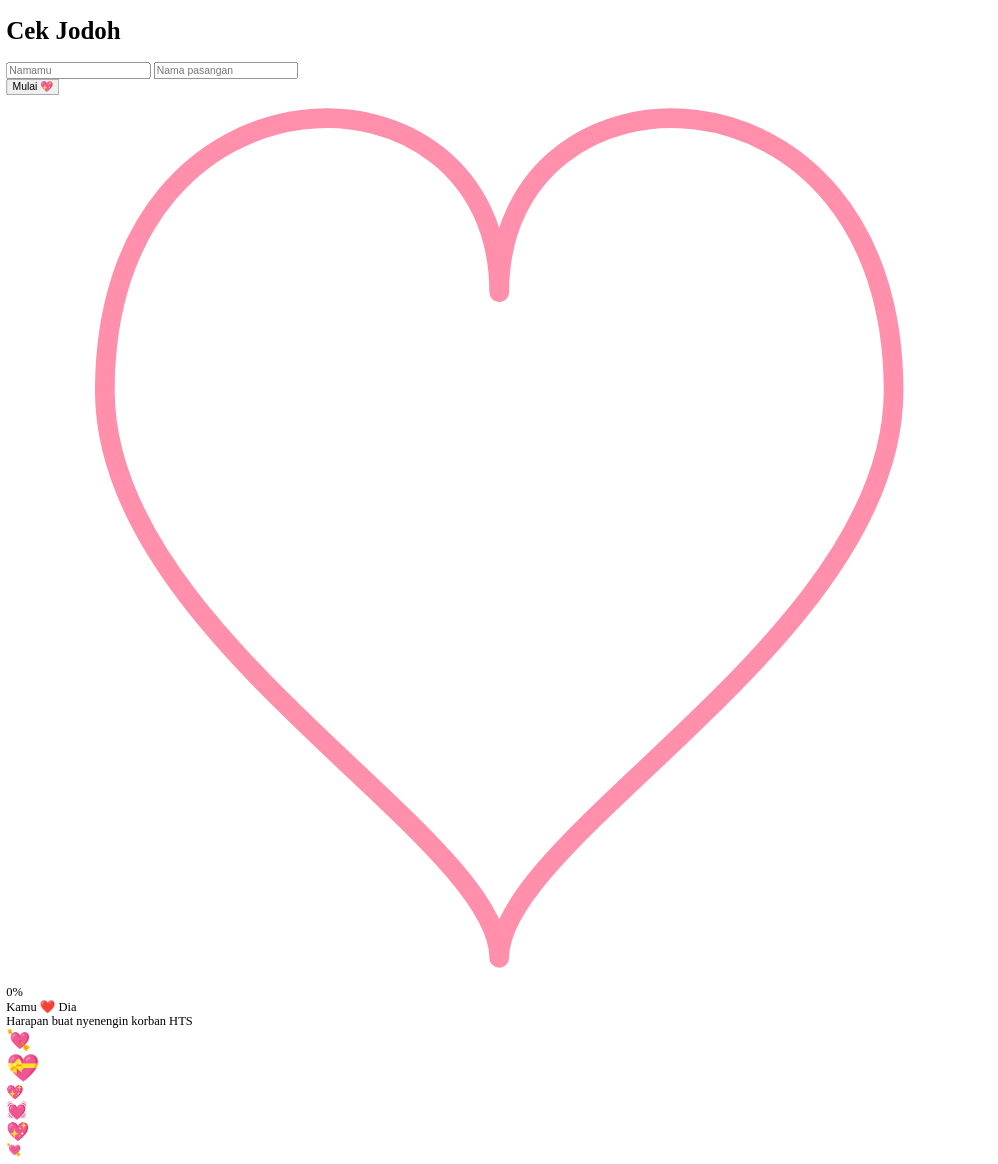
Repository: zhr-nabila/cek-jodoh
Page: cek.html
An editor plug-in stored every save of this project. The page is shown before and after a run of saves, followed by the edit.
The browser window is 1280 px wide. The pictures show the whole page, at 78% of full size.

Above is the page before, as saved 2025-06-10 01:07:39.

### cek.html
<!DOCTYPE html>
<html lang="id">
  <head>
    <meta charset="UTF-8" />
    <meta name="viewport" content="width=device-width, initial-scale=1.0" />
    <title>Cek Kecocokan Pasangan</title>
    <link
      rel="stylesheet"
      href="https://cdnjs.cloudflare.com/ajax/libs/animate.css/4.1.1/animate.min.css"
      c
    />

  </head>
  <body>
    <div class="container">
      <h1 class="animate__animated animate__fadeInDown">Cek Jodoh</h1>

      <div class="input-group">
        <input
          type="text"
          id="name1"
          placeholder="Namamu"
          class="animate__animated animate__fadeIn"
        />
        <input
          type="text"
          id="name2"
          placeholder="Nama pasangan"
          class="animate__animated animate__fadeIn"
        />
      </div>

      <button onclick="hitung()" class="animate__animated animate__fadeIn">
        Mulai 💖
      </button>

      <div class="love-meter-container">
        <div class="love-meter">
          <svg viewBox="0 0 200 180" class="heart-svg">
            <defs>
              <clipPath id="heartClip">
                <path
                  d="M100 40
                   C100 -10, 180 -10, 180 60
                   C180 110, 100 150, 100 175
                   C100 150, 20 110, 20 60
                   C20 -10, 100 -10, 100 40Z"
                />
              </clipPath>
              <linearGradient id="gradientFill" x1="0" y1="1" x2="0" y2="0">
                <stop offset="0%" stop-color="#e75480" />
                <stop offset="50%" stop-color="#ff6b9d" />
                <stop offset="100%" stop-color="#ff8fab" />
              </linearGradient>
            </defs>
            <rect
              class="love-fill"
              x="0"
              y="180"
              width="200"
              height="0"
              clip-path="url(#heartClip)"
            />
            <path
              d="M100 40
               C100 -10, 180 -10, 180 60
               C180 110, 100 150, 100 175
               C100 150, 20 110, 20 60
               C20 -10, 100 -10, 100 40Z"
              fill="none"
              stroke="#ff8fab"
              stroke-width="4"
              stroke-linejoin="round"
            />
          </svg>
          <div class="percentage">0%</div>
        </div>
      </div>

      <div class="couple-names" id="couple-names">
        <span id="name1-output">Kamu</span>
        <span class="heart-icon">❤️</span>
        <span id="name2-output">Dia</span>
      </div>

      <div class="message" id="message"></div>

      <div class="footer-note">
        Harapan buat nyenengin korban HTS
      </div>
    </div>

    <div class="floating-hearts" id="floating-hearts"></div>

    <script>
      function hitungKecocokan(nama1, nama2) {
        let skor = 0;
        const gabungan = (nama1 + nama2).toLowerCase();

        // Hitung berdasarkan huruf
        for (let char of gabungan) {
          skor += char.charCodeAt(0);
        }

        // Tambah random biar seru
        const random = Math.floor(Math.random() * 11); // 0-10

        // Skor dasar antara 40-100 ditambah random
        return Math.min(40 + (skor % 61) + random, 100);
      }

      function dapatkanPesan(skor) {
        if (skor >= 95)
          return "Nikah gih, ini mah cocok banget 💍🔥";
        if (skor >= 90) return "Kalian tuh kayak teh manis anget pas hujan. Pas banget, susah dicari duanya 🍵";
        if (skor >= 80) return "Serasi sih… tapi jangan sampe cuma jadi pajangan story doang ya 😏";
        if (skor >= 70) return "Udah cocok, tapi jangan mentang-mentang cocok terus males usaha!";
        if (skor >= 60) return "Masih bisa lah, asal dia gak balik lagi ke mantannya 🤡";
        if (skor >= 50) return "Ya cocok-cocokan. Tapi takutnya cocok doang, ga jadian. Capek gak sih? 😭";
        if (skor >= 40) return "Santai dulu bro, ini mah kayak wifi tetangga, kadang nyambung kadang gak, sabar aja 😴";
        return "Realistis aja";
      }

      function buatHati(jumlah = 5) {
        const container = document.getElementById("floating-hearts");
        const simbolHati = ["❤️", "💖", "💗", "💓", "💘", "💝"];

        for (let i = 0; i < jumlah; i++) {
          const hati = document.createElement("div");
          hati.classList.add("floating-heart");
          hati.innerHTML =
            simbolHati[Math.floor(Math.random() * simbolHati.length)];
          hati.style.left = Math.random() * 100 + "vw";
          hati.style.animationDuration = Math.random() * 3 + 3 + "s";
          hati.style.fontSize = Math.random() * 20 + 15 + "px";
          hati.style.animationDelay = Math.random() * 2 + "s";
          container.appendChild(hati);

          setTimeout(() => {
            hati.remove();
          }, 5000);
        }
      }

      function buatKilatan(x, y) {
        for (let i = 0; i < 10; i++) {
          const kilat = document.createElement("div");
          kilat.classList.add("sparkle");
          kilat.style.left = x + "px";
          kilat.style.top = y + "px";
          kilat.style.animationDelay = i * 0.1 + "s";
          document.body.appendChild(kilat);

          setTimeout(() => {
            kilat.remove();
          }, 1000);
        }
      }

      function buatRipple(x, y) {
        const ripple = document.createElement("div");
        ripple.classList.add("ripple");
        ripple.style.left = x + "px";
        ripple.style.top = y + "px";
        document.body.appendChild(ripple);

        setTimeout(() => {
          ripple.remove();
        }, 1000);
      }

      function buatKonfeti() {
        const warna = ["#ff6b9d", "#ff8fab", "#ffc2d1", "#e75480", "#ffb6c1"];
        const container = document.getElementById("floating-hearts");

        for (let i = 0; i < 50; i++) {
          const konfeti = document.createElement("div");
          konfeti.classList.add("confetti");
          konfeti.style.left = Math.random() * 100 + "vw";
          konfeti.style.backgroundColor =
            warna[Math.floor(Math.random() * warna.length)];
          konfeti.style.width = Math.random() * 10 + 5 + "px";
          konfeti.style.height = Math.random() * 10 + 5 + "px";
          konfeti.style.animationDuration = Math.random() * 2 + 2 + "s";
          container.appendChild(konfeti);

          setTimeout(() => {
            konfeti.remove();
          }, 3000);
        }
      }

      function animasiDetakHati() {
        const iconHati = document.querySelector(".heart-icon");
        iconHati.style.animation = "none";
        void iconHati.offsetWidth; // Trigger reflow
        iconHati.style.animation = "heartbeat 0.6s ease 3";
      }

      function hitung() {
        const nama1 = document.getElementById("name1").value.trim();
        const nama2 = document.getElementById("name2").value.trim();
        const isiHati = document.querySelector(".love-fill");
        const persentase = document.querySelector(".percentage");
        const pesan = document.getElementById("message");
        const nama1Output = document.getElementById("name1-output");
        const nama2Output = document.getElementById("name2-output");
        const pasangan = document.getElementById("couple-names");
        const container = document.querySelector(".container");

        if (!nama1 || !nama2) {
          alert("Isi dulu nama kalian berdua dong!");
          return;
        }

        // Animasi klik
        container.classList.add("animate__animated", "animate__pulse");
        setTimeout(() => {
          container.classList.remove("animate__animated", "animate__pulse");
        }, 1000);

        // Update nama
        nama1Output.textContent = nama1 || "Kamu";
        nama2Output.textContent = nama2 || "Dia";

        // Reset tampilan
        isiHati.setAttribute("y", 180);
        isiHati.setAttribute("height", 0);
        persentase.textContent = "0%";
        pesan.textContent = "";
        pesan.classList.remove("show");
        pasangan.classList.remove("show");

        // Hitung
        const persen = hitungKecocokan(nama1, nama2);
        const tinggiMaks = 180;
        const tinggiIsi = (persen / 100) * tinggiMaks;

        // Animasi setelah jeda
        setTimeout(() => {
          isiHati.setAttribute("y", tinggiMaks - tinggiIsi);
          isiHati.setAttribute("height", tinggiIsi);

          let sekarang = 0;
          const timer = setInterval(() => {
            sekarang++;
            persentase.textContent = sekarang + "%";

            // Animasi detak jantung di persentase tertentu
            if (sekarang === 50 || sekarang === 75 || sekarang === persen) {
              animasiDetakHati();
            }

            if (sekarang >= persen) {
              clearInterval(timer);
              pesan.textContent = dapatkanPesan(persen);
              pesan.classList.add("show");
              pasangan.classList.add("show");

              // Efek berdasarkan skor
              if (persen >= 80) {
                buatKonfeti();
                for (let i = 0; i < 20; i++) {
                  setTimeout(() => {
                    buatHati(5);
                  }, i * 100);
                }
              } else if (persen >= 60) {
                for (let i = 0; i < 15; i++) {
                  setTimeout(() => {
                    buatHati(3);
                  }, i * 150);
                }
              } else {
                for (let i = 0; i < 10; i++) {
                  setTimeout(() => {
                    buatHati(2);
                  }, i * 200);
                }
              }
            }
          }, 20);
        }, 100);
      }

      // Efek kilat saat input diklik
      document.querySelectorAll("input").forEach((input) => {
        input.addEventListener("focus", (e) => {
          const rect = e.target.getBoundingClientRect();
          buatKilatan(
            rect.left + rect.width / 2,
            rect.top + rect.height / 2
          );
        });
      });

      // Efek ripple saat tombol diklik
      document.querySelector("button").addEventListener("click", (e) => {
        const rect = e.target.getBoundingClientRect();
        buatRipple(rect.left + rect.width / 2, rect.top + rect.height / 2);
      });

      // Enter
      document.addEventListener("keypress", function (e) {
        if (e.key === "Enter") {
          hitung();
        }
      });

      for (let i = 0; i < 8; i++) {
        setTimeout(() => {
          buatHati(1);
        }, i * 800);
      }
    </script>
  </body>
</html>

After the next 2 saves:
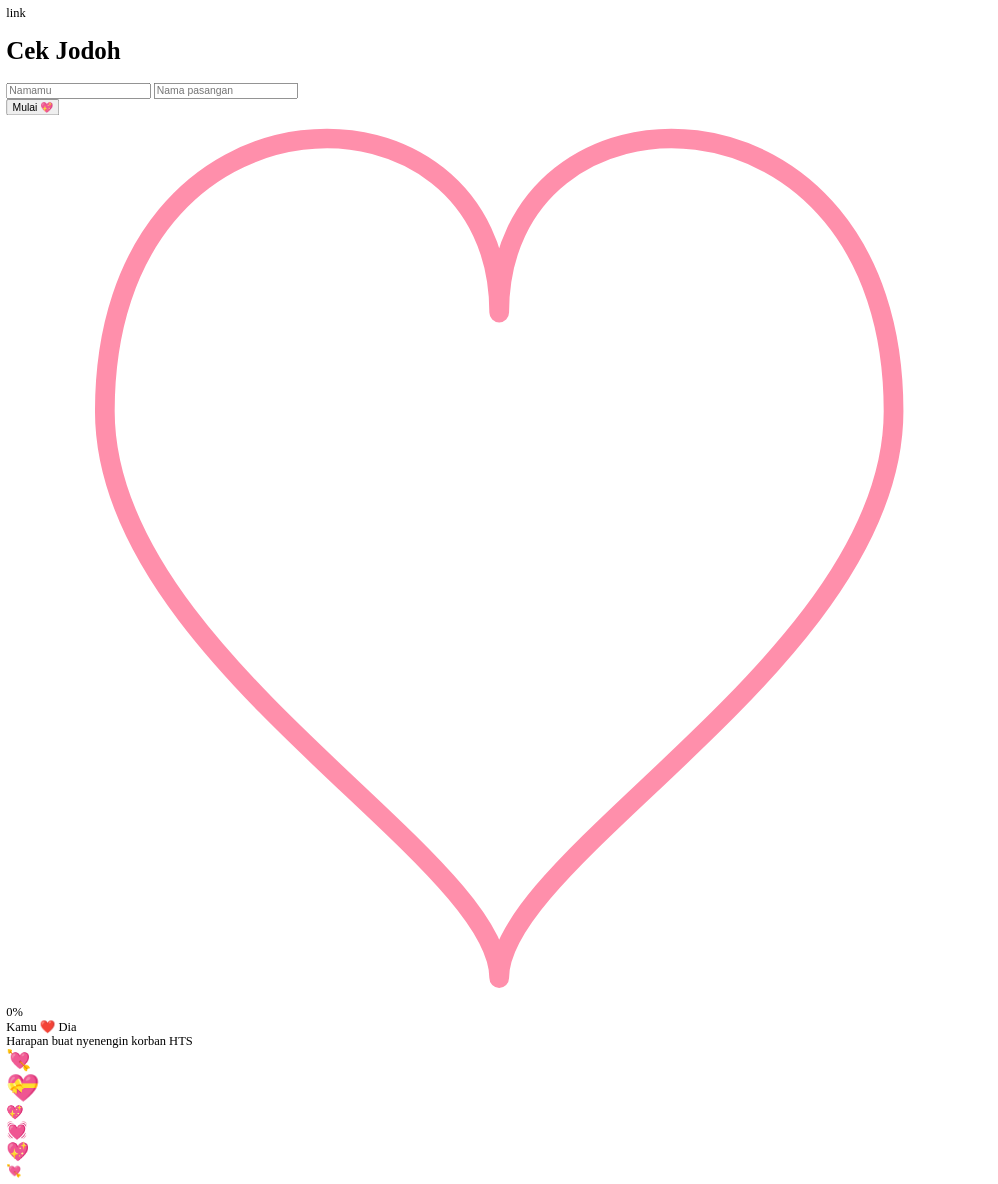
The 2 saves are shown as one change because they came seconds apart.
The last was saved 7 s later.
--- a/cek.html
+++ b/cek.html
@@ -7,8 +7,8 @@
     <link
       rel="stylesheet"
       href="https://cdnjs.cloudflare.com/ajax/libs/animate.css/4.1.1/animate.min.css"
-      c
     />
+    link
 
   </head>
   <body>
